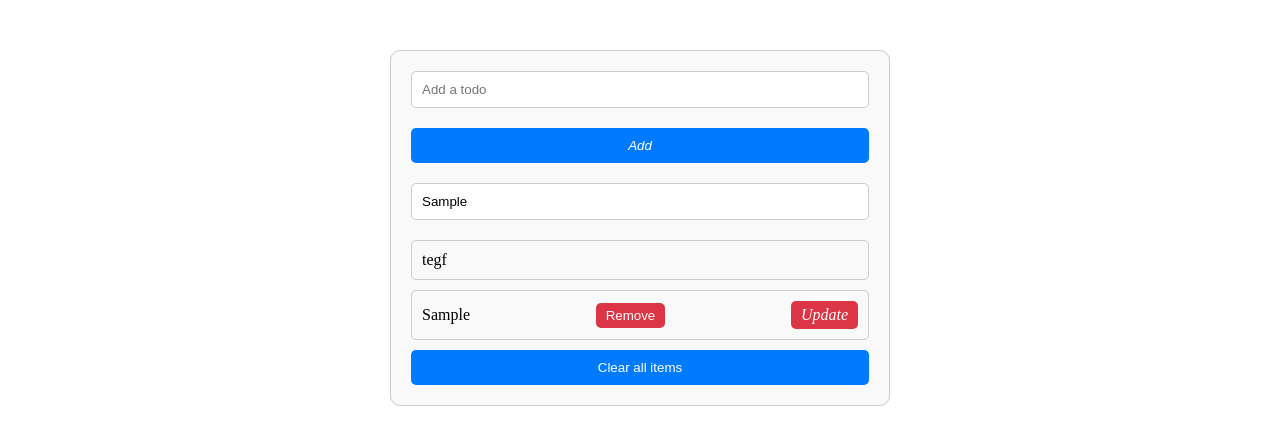
Repository: Fariadd/Vanilla-JS
Page: movieAPI/index.html
The author's editor kept a copy of each file at every save. The page is drawn from the files as they stood at one save, then again after the next save.
The browser window is 1280 px wide. The pictures show the whole page.
Empty fields were first filled with sample values (such as "Sample", 5 or name@example.com).
After loading, the first visible `form.form` was submitted once.

Above is the page before, as saved 2024-10-03 22:31:46.

After the next save:
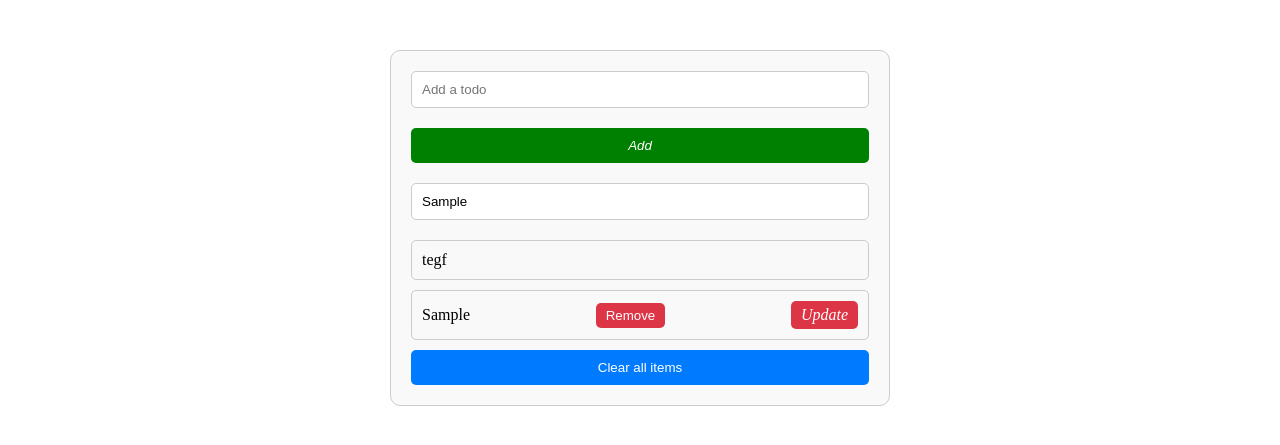
Saved 16 s later.
--- a/movieAPI/script.js
+++ b/movieAPI/script.js
@@ -20,7 +20,7 @@ form.addEventListener("submit", (e) => {
     alert("add a todo");
     return;
   }
-
+  setItemToEdit(inputValue);
   if (existingItem(inputValue)) {
     alert("Item already exists!");
     return;
